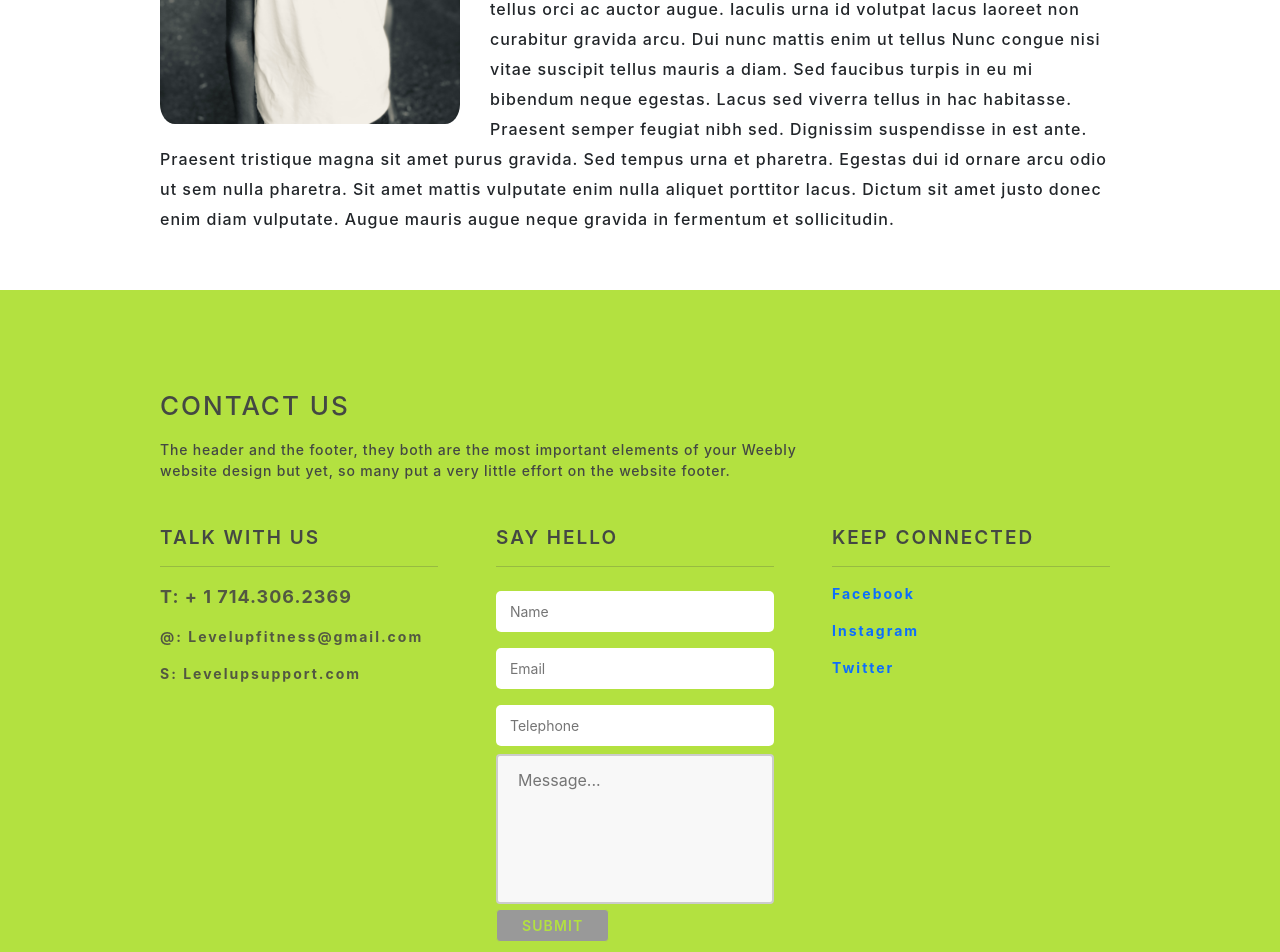
Repository: Bojurie/Level-up
Page: /about (app in client/)
The author's editor kept a copy of each file at every save. The page is drawn from the files as they stood at one save, then again after the next save.
The browser window is 1280 px wide. The pictures show the part of the page from y = 788 to 1740 px (the page is 1835 px tall before and 1877 px after).
Some web fonts or font styles are not loaded; a fallback is used. Some web libraries are served in a nearby version. The project was rebuilt for these pictures with package versions that can differ from the ones it lists, and the page was loaded fresh each time. Also part of the build but not shown: client/src/components/Carousel.js, client/src/components/HomeVlog.css, client/src/components/HomeVlog.js, client/src/components/homeProducts.css, client/src/components/HomeProducts.js, client/src/components/Card.js, client/src/components/HomeShop.css, client/src/components/HomeShop.js and 10 more. Imported but missing from the stored project, and not drawn on this page: client/src/components/Chart.

Above is the page before, as saved 2022-11-30 04:16:54.

After the next save:
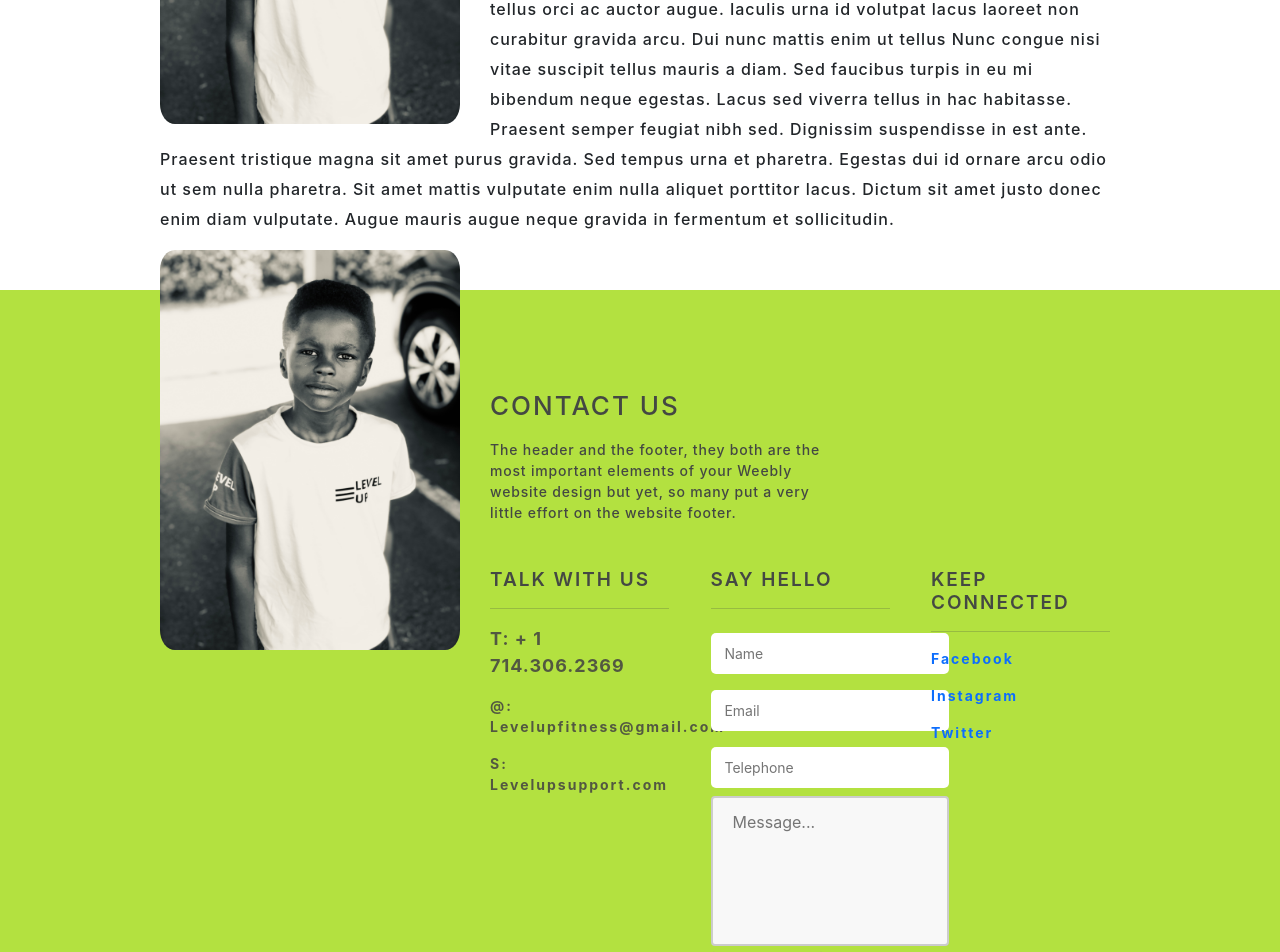
Saved 91 s later.
--- a/client/src/pages/About.js
+++ b/client/src/pages/About.js
@@ -17,6 +17,7 @@ const About = () => {
               <div className='aboutParagraph'>
                 <img src={imgse} alt='pic '/>
                 <p>{paragraph}</p>
+                <img src={imgse} alt='pic '/>
               </div>
             </div>
           </div>
